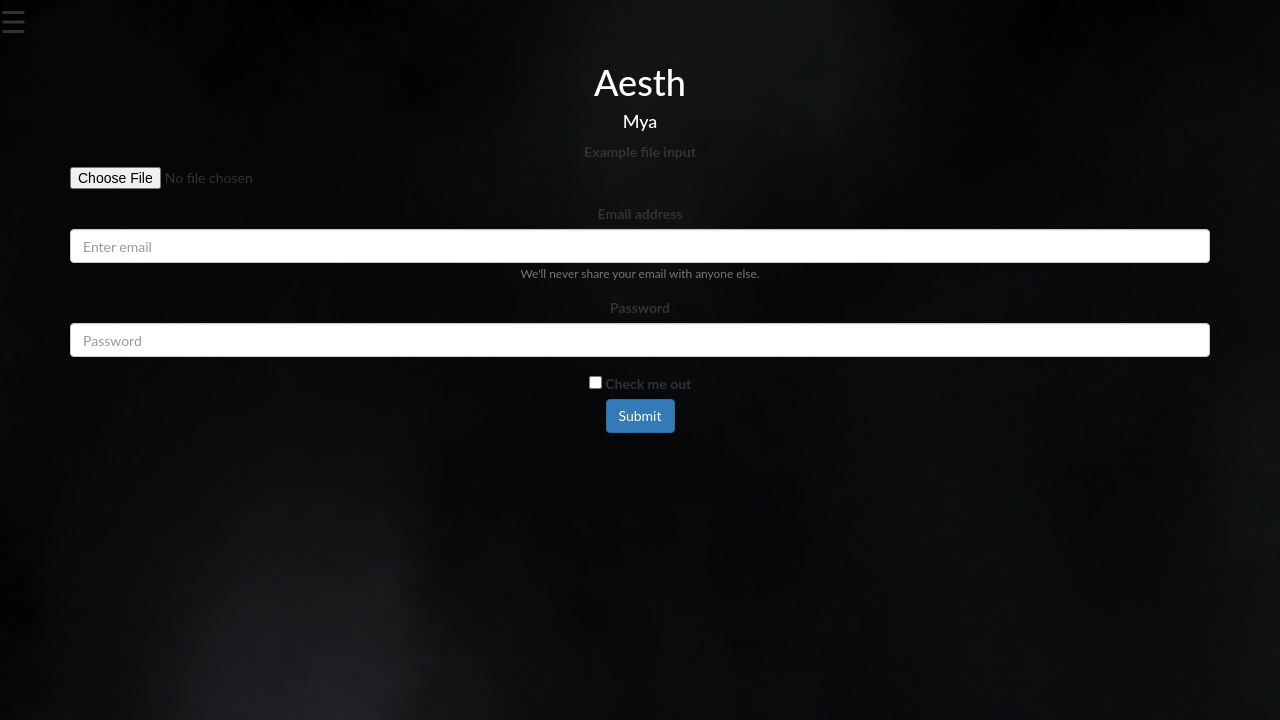
Repository: zinahalnajjar/zinah-alnajjar
Page: http://localhost/upload
These files come from the project's save history. The page is drawn as it stood at one moment and after the next save; the edit follows.
The browser window is 1280 px wide. The pictures show the whole page.
The page is this project's Thymeleaf template; nobody is signed in. The template is opened directly, without the code that normally fills it, so the values that code supplies are empty.

Above is the page before, as saved 2020-05-12 20:54:19.

After the next save:
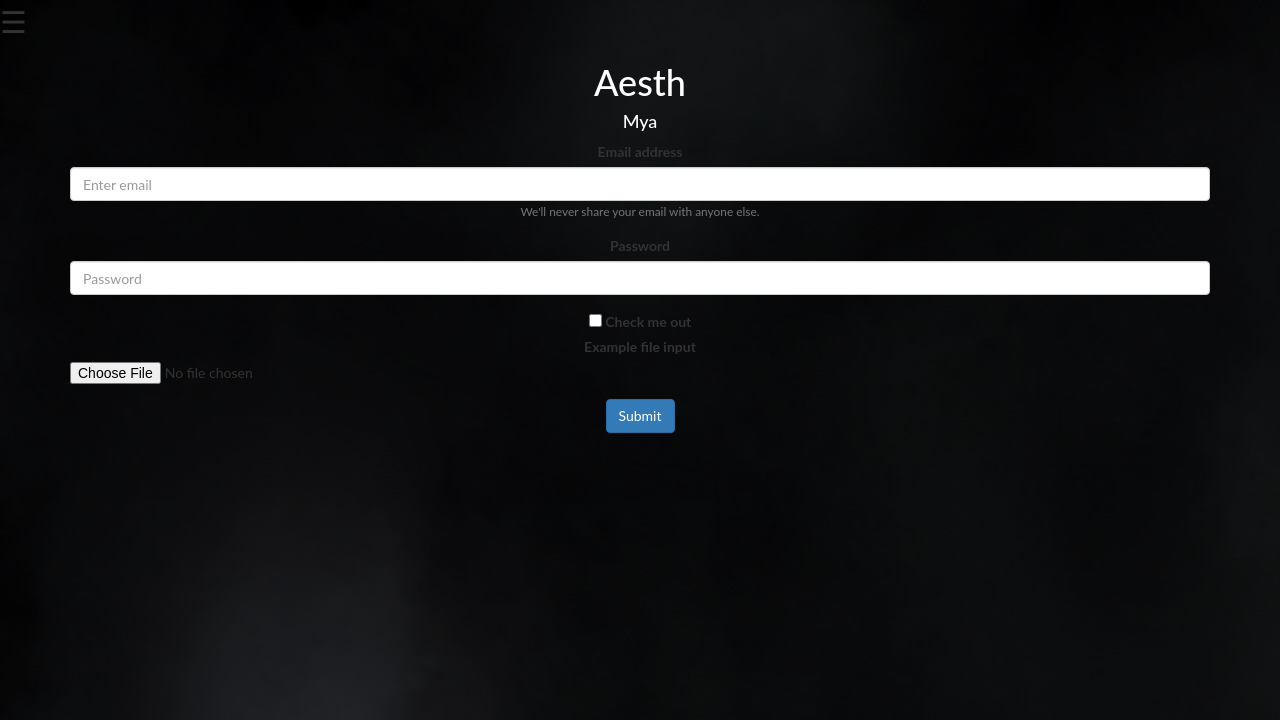
Saved 50 s later.
--- a/MyPortfolio/src/main/resources/templates/upload.html
+++ b/MyPortfolio/src/main/resources/templates/upload.html
@@ -139,12 +139,7 @@ function closeNav() {
     <h4>Mya</h4>
 
 
-<form>
-  <div class="form-group">
-    <label for="exampleFormControlFile1">Example file input</label>
-    <input type="file" class="form-control-file" id="exampleFormControlFile1">
-  </div>
-</form>
+
 <form>
   <div class="form-group">
     <label for="exampleInputEmail1">Email address</label>
@@ -159,6 +154,10 @@ function closeNav() {
     <input type="checkbox" class="form-check-input" id="exampleCheck1">
     <label class="form-check-label" for="exampleCheck1">Check me out</label>
   </div>
+  <div class="form-group">
+    <label for="exampleFormControlFile1">Example file input</label>
+    <input type="file" class="form-control-file" id="exampleFormControlFile1">
+  </div>
   <button type="submit" class="btn btn-primary">Submit</button>
 </form>
 </body>
